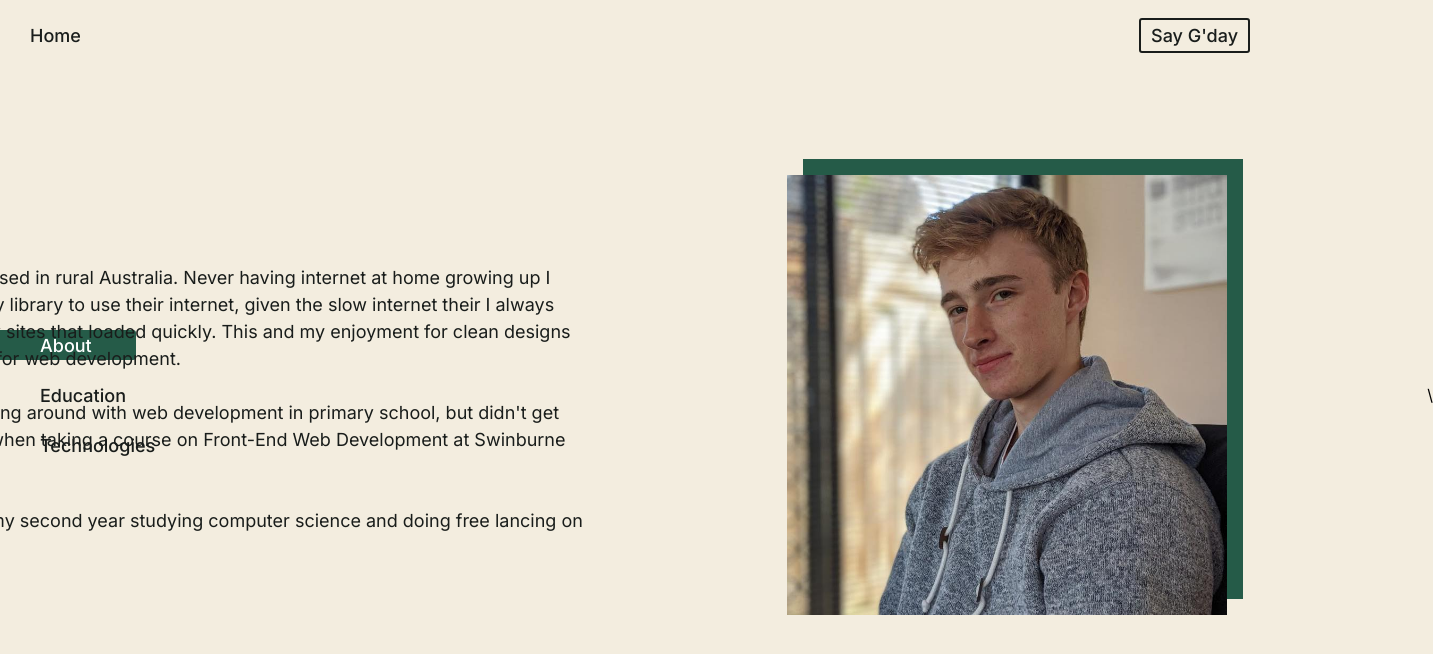
Repository: David-Waite/David-Waite-Portfolio
Page: /about
An editor plug-in stored every save of this project. The page is shown before and after the next save, followed by the edit.
The browser window is 1280 px wide. The page is 1433 px wide, so the pictures cover 1433 px, including what lies to the right of the window. The pictures show the whole page.
The project was rebuilt for these pictures with package versions that can differ from the ones it lists, and the page was loaded fresh each time. The framework's server and built-in components were replaced by stand-ins that run in the browser. Also part of the build but not shown: next.config.js.

Above is the page before, as saved 2023-07-26 19:43:57.

After the next save:
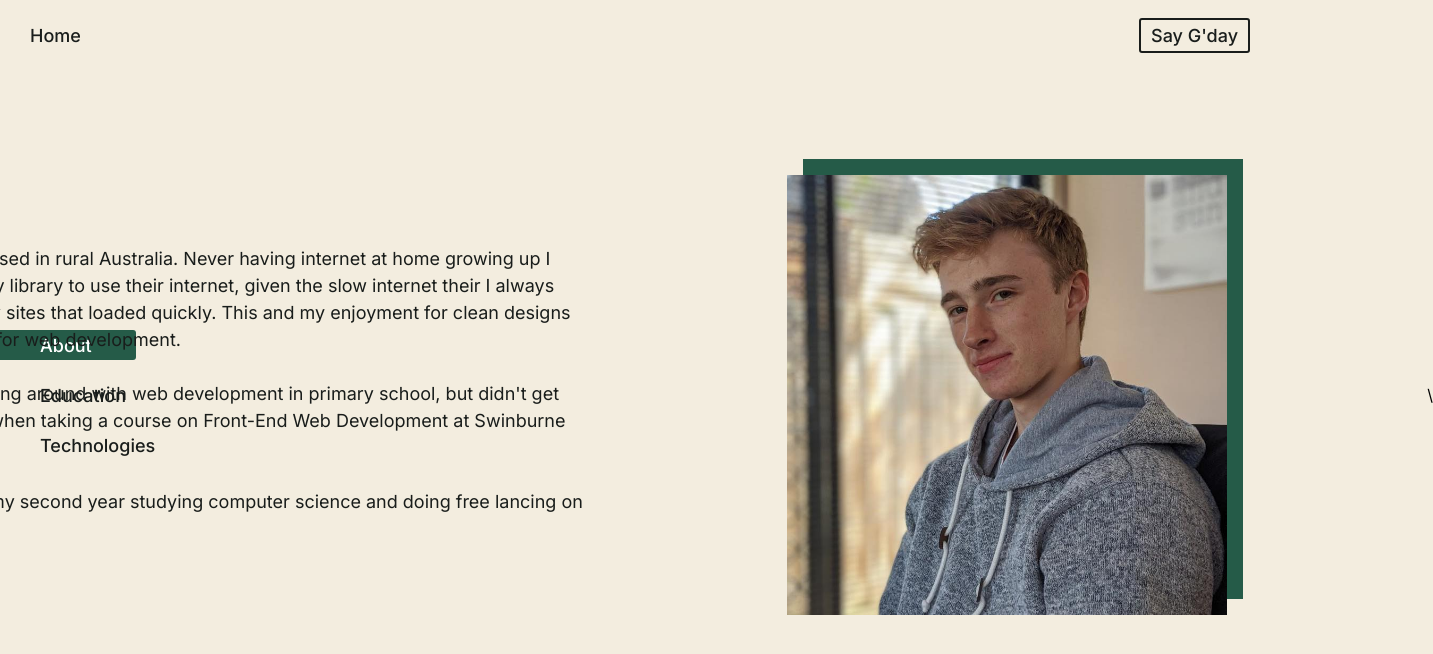
Saved 24 s later.
--- a/app/about/page.tsx
+++ b/app/about/page.tsx
@@ -68,7 +68,6 @@ export default function About() {
       <Menu selected={selected} onClick={handleClick} />
       <div className={styles.content}>
         <div>
-          <h1>G&apos;day I&apos;m David</h1>
           <div className={styles.paragraphContainer}>{textContent}</div>
 
           <div className={styles.links}>

After the save that followed:
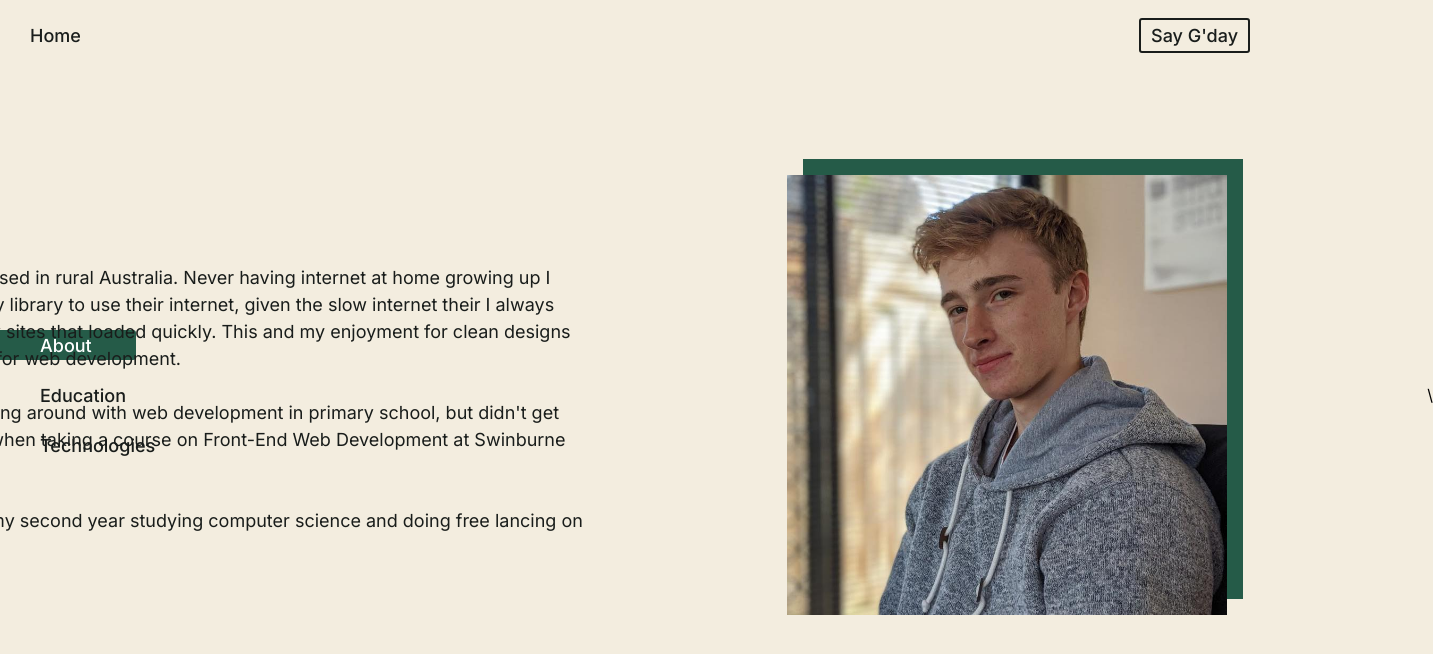
Saved 12 s later.
--- a/app/about/page.tsx
+++ b/app/about/page.tsx
@@ -23,20 +23,23 @@ export default function About() {
   }
 
   const AboutText = (
-    <p className={styles.description}>
-      I was born and raised in rural Australia. Never having internet at home
-      growing up I always went to my library to use their internet, given the
-      slow internet their I always was fascinated by sites that loaded quickly.
-      This and my enjoyment for clean designs fuels my passion for web
-      development.
-      <br />
-      <br /> I first started playing around with web development in primary
-      school, but didn&apos;t get into it until 2022 when taking a course on
-      Front-End Web Development at Swinburne University.
-      <br />
-      <br /> I am currently in my second year studying computer science and
-      doing free lancing on the side.
-    </p>
+    <>
+      <h1>G&apos;day I&apos;m David</h1>
+      <p className={styles.description}>
+        I was born and raised in rural Australia. Never having internet at home
+        growing up I always went to my library to use their internet, given the
+        slow internet their I always was fascinated by sites that loaded
+        quickly. This and my enjoyment for clean designs fuels my passion for
+        web development.
+        <br />
+        <br /> I first started playing around with web development in primary
+        school, but didn&apos;t get into it until 2022 when taking a course on
+        Front-End Web Development at Swinburne University.
+        <br />
+        <br /> I am currently in my second year studying computer science and
+        doing free lancing on the side.
+      </p>
+    </>
   );
 
   const EducationText = <p className={styles.description}>education stuff</p>;
